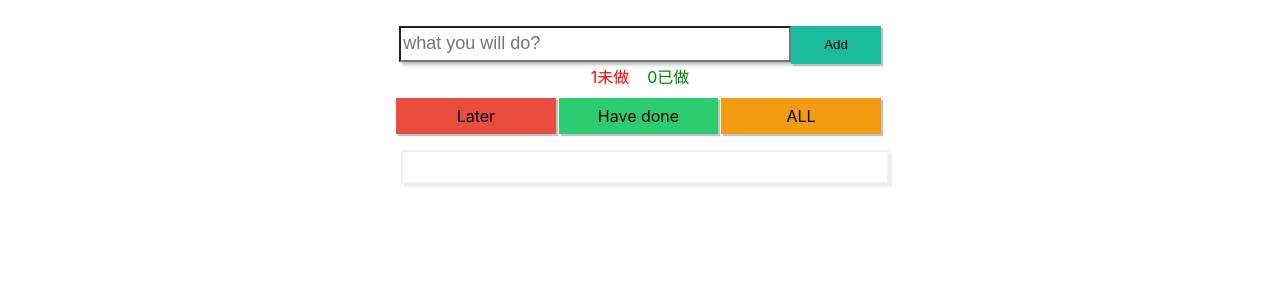
Repository: yurensmile/todolist
Page: /, after clicking the first element matching `button`
An editor plug-in stored every save of this project. The page is shown before and after the next save, followed by the edit.
The browser window is 1280 px wide. The pictures show the whole page.
The project was rebuilt for these pictures with package versions that can differ from the ones it lists, and the page was loaded fresh each time. Also part of the build but not shown: src/All.js, src/HaveDone.js.

Above is the page before, as saved 2019-03-20 17:47:46.

After the next save:
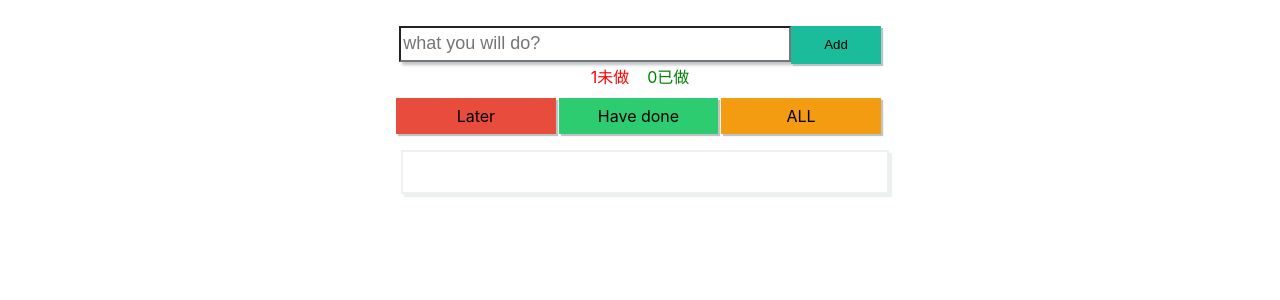
Saved 10 s later.
--- a/src/App.css
+++ b/src/App.css
@@ -14,7 +14,7 @@ li{
   display: inline-block;
   width: 39%;
   line-height: 30px;
-  height: 30px;
+  height: 40px;
   margin-bottom: 4px;
   margin-left: -4%;
   text-align: left;
